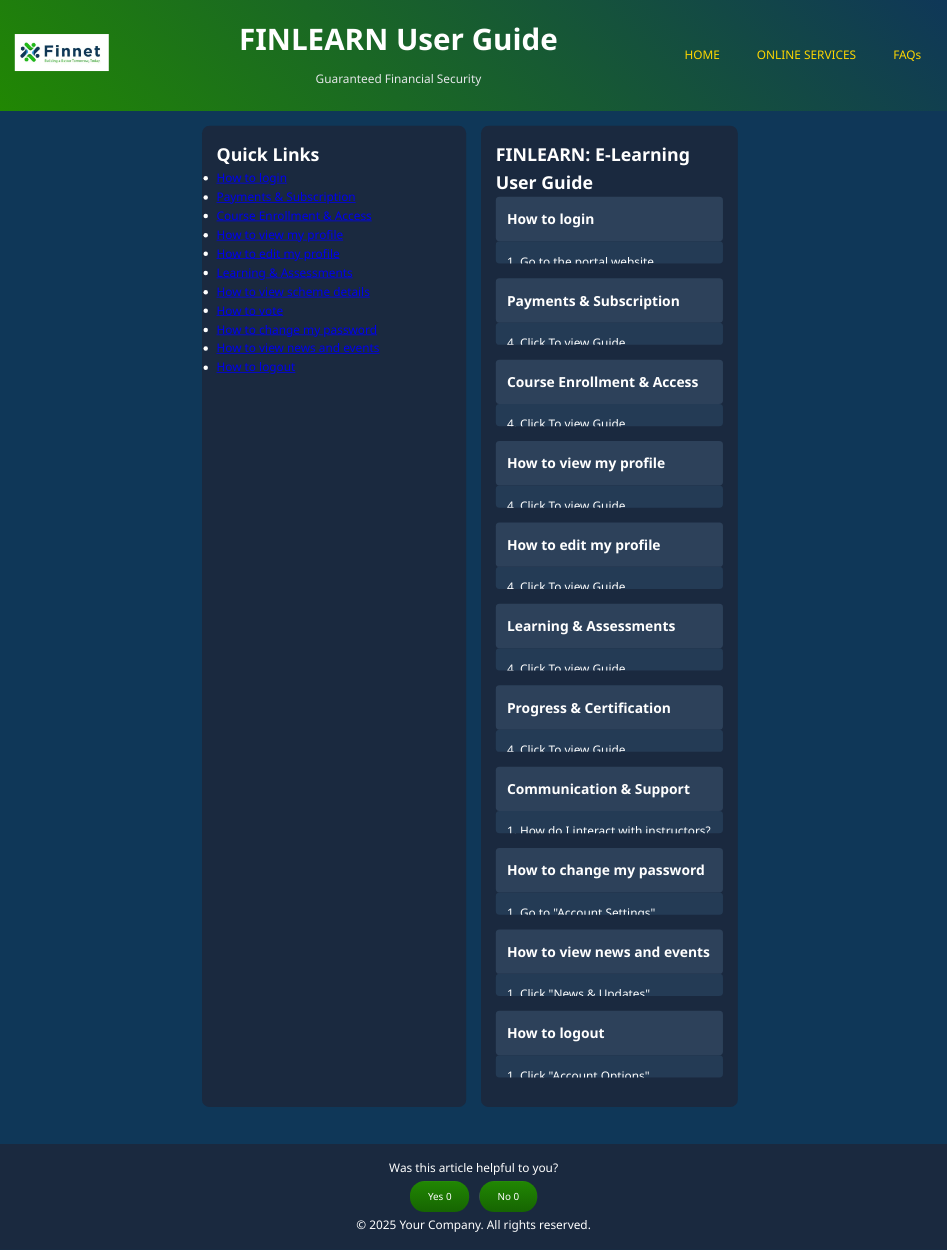
Repository: Ray700/Finnet
Page: index.html
These files come from the project's save history. The page is drawn as it stood at one moment and after a run of saves; the edit follows.
The browser window is 1280 px wide. The pictures show the whole page, at 74% of full size.

Above is the page before, as saved 2025-03-16 15:52:13.

After the next 2 saves:
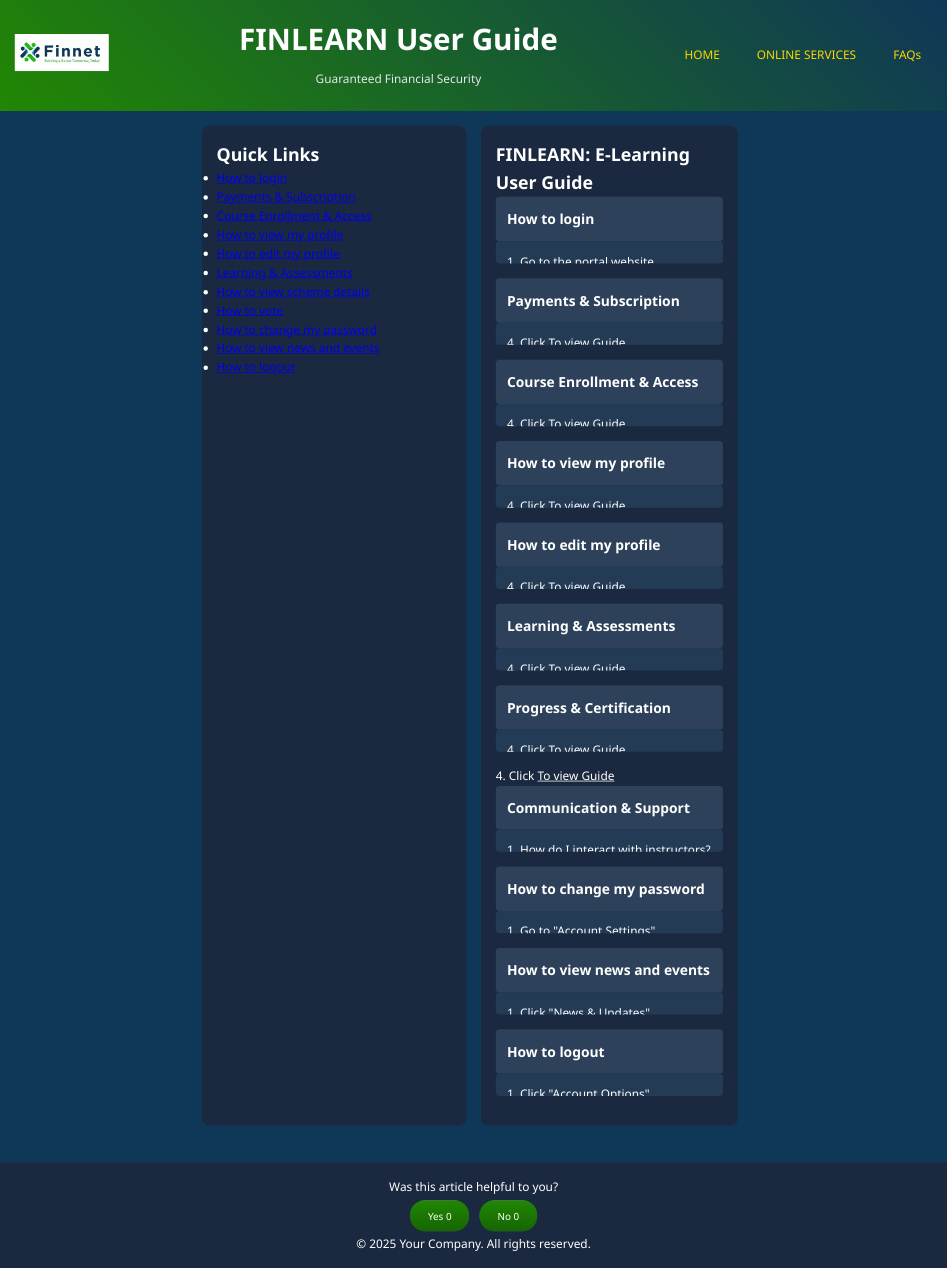
The 2 saves are shown as one change because they came seconds apart.
The last was saved 8 s later.
--- a/index.html
+++ b/index.html
@@ -305,6 +305,7 @@
 
             <!-- Article 8: Communication & Support -->
             <div class="article" id="vote">
+                <p>4. Click <a href="" style="color: white;">To view Guide</a></p>
                 <h3 class="article-title">Communication & Support</h3>
                 <div class="article-content">
                     <p>1. How do I interact with instructors?</p>

After the 2 saves that followed:
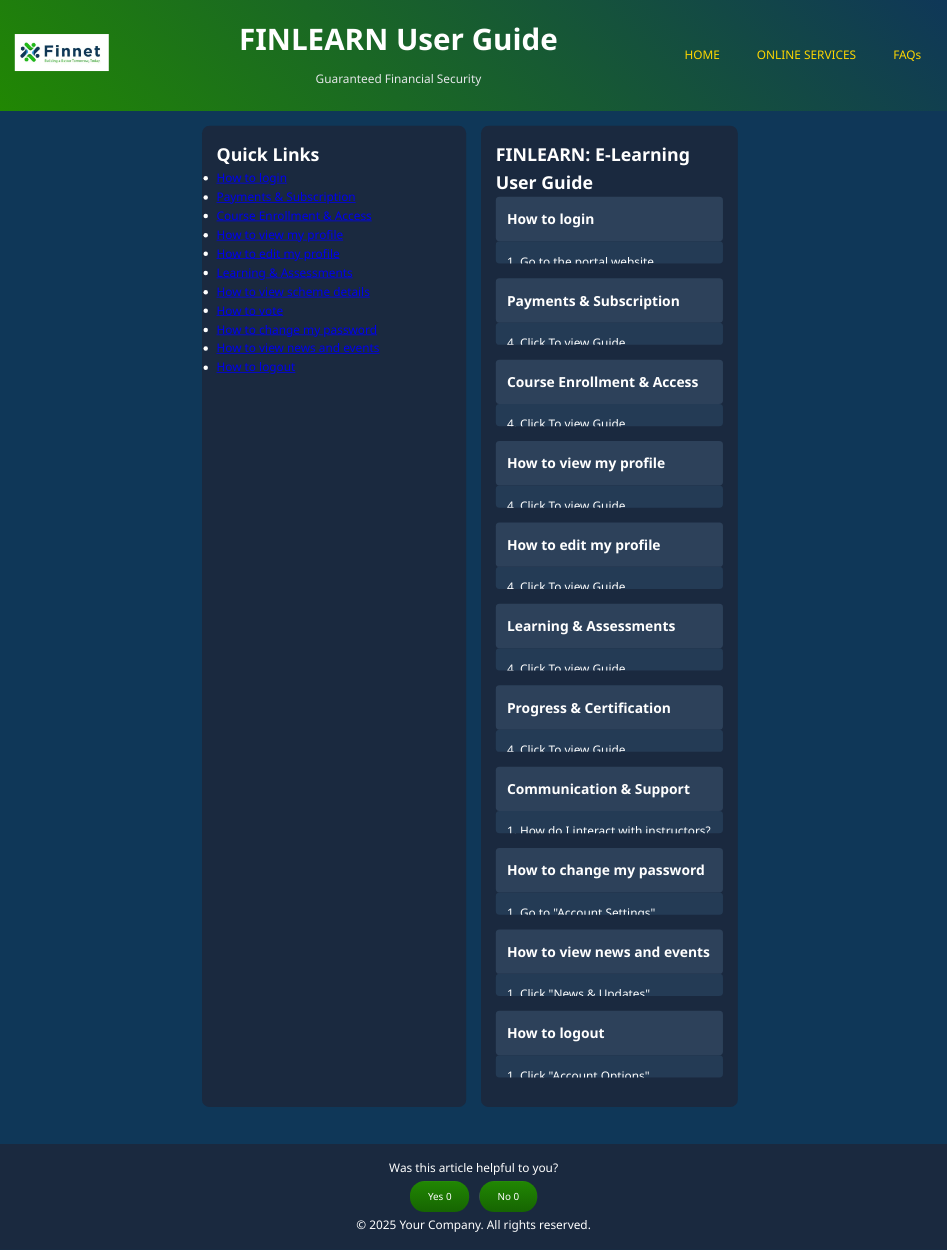
The 2 saves are shown as one change because they came seconds apart.
The last was saved 21 s later.
--- a/index.html
+++ b/index.html
@@ -305,7 +305,6 @@
 
             <!-- Article 8: Communication & Support -->
             <div class="article" id="vote">
-                <p>4. Click <a href="" style="color: white;">To view Guide</a></p>
                 <h3 class="article-title">Communication & Support</h3>
                 <div class="article-content">
                     <p>1. How do I interact with instructors?</p>
